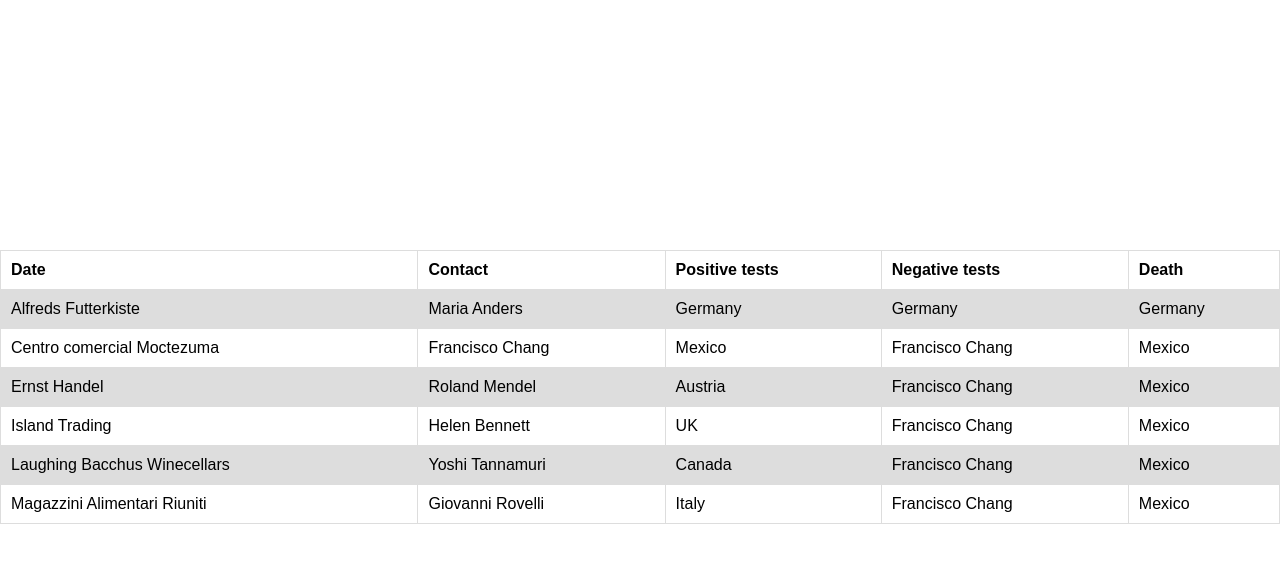
Repository: Seryozha02/ApiRequests
Page: index.html
An editor plug-in stored every save of this project. The page is shown before and after a run of saves, followed by the edit.
The browser window is 1280 px wide. The pictures show the whole page.

Above is the page before, as saved 2022-09-22 21:29:17.

### index.html
<!DOCTYPE html>
<html lang="en">
<head>
    <meta charset="UTF-8">
    <meta http-equiv="X-UA-Compatible" content="IE=edge">
    <meta name="viewport" content="width=device-width, initial-scale=1.0">
    <title>Request's</title>
    <link rel="stylesheet" href="style.css">
</head>
<body>
    <table class="requests">
        <tr>
            <th>Date</th>
            <th>Contact</th>
            <th>Positive tests</th>
            <th>Negative tests</th>
            <th>Death</th>
        </tr>
        <tr>
          <td>Alfreds Futterkiste</td>
          <td>Maria Anders</td>
          <td>Germany</td>
          <td>Germany</td>
          <td>Germany</td>
        </tr>
        <tr>
          <td>Centro comercial Moctezuma</td>
          <td>Francisco Chang</td>
          <td>Mexico</td>
          <td>Francisco Chang</td>
          <td>Mexico</td>
        </tr>
        <tr>
          <td>Ernst Handel</td>
          <td>Roland Mendel</td>
          <td>Austria</td>
          <td>Francisco Chang</td>
          <td>Mexico</td>
        </tr>
        <tr>
          <td>Island Trading</td>
          <td>Helen Bennett</td>
          <td>UK</td>
          <td>Francisco Chang</td>
          <td>Mexico</td>
        </tr>
        <tr>
          <td>Laughing Bacchus Winecellars</td>
          <td>Yoshi Tannamuri</td>
          <td>Canada</td>
          <td>Francisco Chang</td>
          <td>Mexico</td>
        </tr>
        <tr>
          <td>Magazzini Alimentari Riuniti</td>
          <td>Giovanni Rovelli</td>
          <td>Italy</td>
          <td>Francisco Chang</td>
          <td>Mexico</td>
        </tr>
      </table>
</body>
<script src="script.js"></script>
</html>

### style.css
* {
        margin: 0;
        padding: 0;
        box-sizing: border-box;
}

.requests {
    font-family: arial, sans-serif;
    border-collapse: collapse;
    width: 100%;
    margin-top: 250px;
  }

  td, th {
    border: 1px solid #dddddd;
    text-align: left;
    padding: 10px;

  }

  tr:nth-child(even) {
    background-color: #dddddd;
  }

Loaded but not shown: script.js (no copy from this time; the picture is the same without it)

After the next 2 saves:
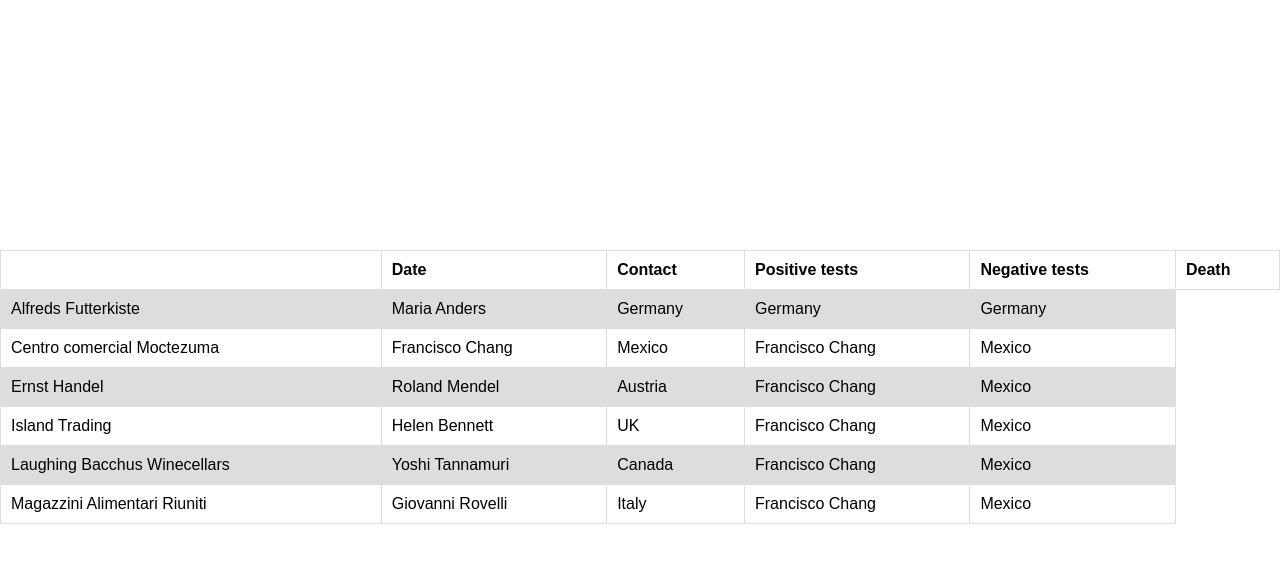
The 2 saves are shown as one change because they came seconds apart.
The last was saved 19 s later.
--- a/index.html
+++ b/index.html
@@ -9,13 +9,13 @@
 </head>
 <body>
     <table class="requests">
-        <tr>
+        <th>
             <th>Date</th>
             <th>Contact</th>
             <th>Positive tests</th>
             <th>Negative tests</th>
             <th>Death</th>
-        </tr>
+        </th>
         <tr>
           <td>Alfreds Futterkiste</td>
           <td>Maria Anders</td>
